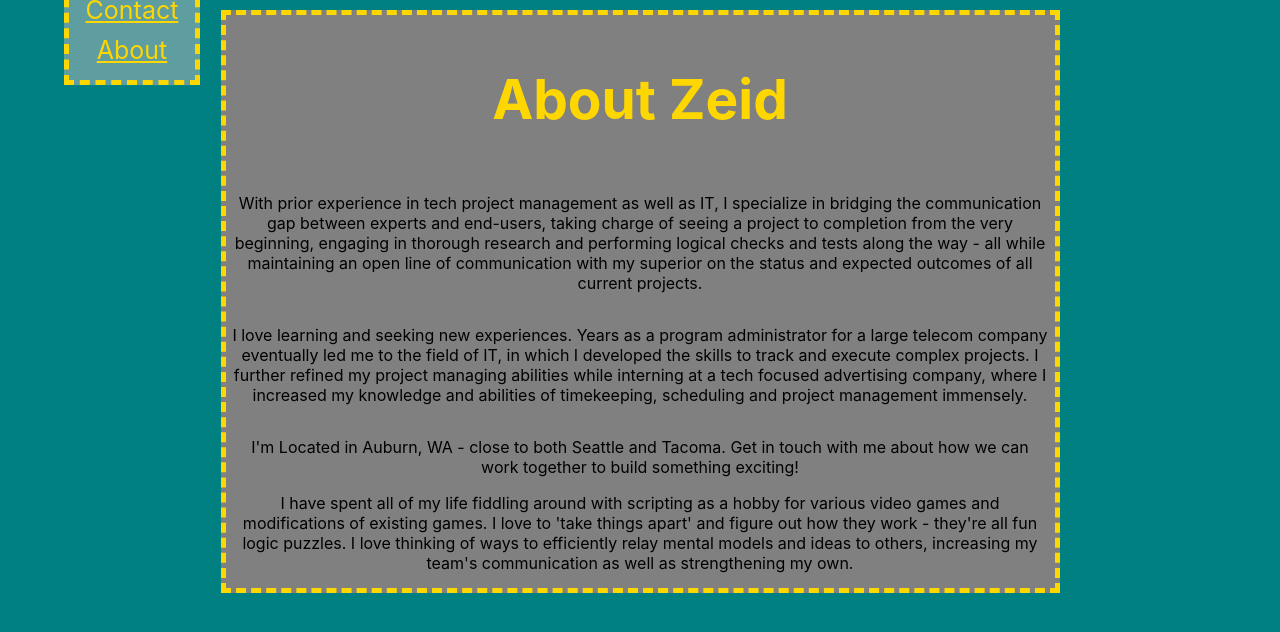
Repository: zeidalidiez/portfolioreact
Page: /
These files come from the project's save history. The page is drawn as it stood at one moment and after the next save; the edit follows.
The browser window is 1280 px wide. The pictures show the whole page.
The project was rebuilt for these pictures with package versions that can differ from the ones it lists, and the page was loaded fresh each time. Also part of the build but not shown: src/components/Thumbnail.js, src/components/Projects.js, src/components/Contact.js.

Above is the page before, as saved 2021-02-08 18:11:36.

### public/index.html
<!DOCTYPE html>
<html lang="en">
  <head>
    <meta charset="utf-8" />
    <link href="data:[embedded picture, 289 characters]" rel="icon" type="image/x-icon" />    <meta name="viewport" content="width=device-width, initial-scale=1" />
    <meta name="theme-color" content="#000000" />
    <meta
      name="description"
      content="Web site created using create-react-app"
    />    <!--
      manifest.json provides metadata used when your web app is installed on a
      user's mobile device or desktop. See https://developers.google.com/web/fundamentals/web-app-manifest/
    -->
    <link rel="manifest" href="%PUBLIC_URL%/manifest.json" />
    <!--
      Notice the use of %PUBLIC_URL% in the tags above.
      It will be replaced with the URL of the `public` folder during the build.
      Only files inside the `public` folder can be referenced from the HTML.

      Unlike "/favicon.ico" or "favicon.ico", "%PUBLIC_URL%/favicon.ico" will
      work correctly both with client-side routing and a non-root public URL.
      Learn how to configure a non-root public URL by running `npm run build`.
    -->
    <title>Zeid Diez - Portfolio</title>
  </head>
  <body>
    <noscript>You need to enable JavaScript to run this app.</noscript>
    <div id="root"></div>
    <!--
      This HTML file is a template.
      If you open it directly in the browser, you will see an empty page.

      You can add webfonts, meta tags, or analytics to this file.
      The build step will place the bundled scripts into the <body> tag.

      To begin the development, run `npm start` or `yarn start`.
      To create a production bundle, use `npm run build` or `yarn build`.
    -->
  </body>
</html>

### src/index.js
import React from 'react';
import ReactDOM from 'react-dom';
import './index.css';
import App from './components/App';
import reportWebVitals from './reportWebVitals';

ReactDOM.render(
  <React.StrictMode>
  <App />
  </React.StrictMode>,
  document.getElementById('root')
);

// If you want to start measuring performance in your app, pass a function
// to log results (for example: reportWebVitals(console.log))
// or send to an analytics endpoint. Learn more: https://bit.ly/CRA-vitals
reportWebVitals();

### src/components/App.js
// App.jsx

import React from 'react';
import logo from './logo.svg';
// Import the BrowserRouter, Route and Link components
import {Route, BrowserRouter as Router, Link} from "react-router-dom";
import Projects from './Projects.js';
import Contact from './Contact.js';
import About from './About.js';
import './App.css';

function App() {
  return (
    <header>
    <Router>
      <div className="App">
        <Route exact path="/Projects" component={Projects} />
        <Route exact path="/Contact" component={Contact} />
        <Route exact path="/About" component={About} />
        <Route exact path="/" component={About} />
  <nav>
        <div className="navigation">
          <div className="navigation-sub">
            <Link to="/Projects" className="item">Projects</Link>
            <Link to="/Contact" className="item">Contact</Link>
            <Link to="/About" className="item">About</Link>

          </div>
        </div>
        </nav>
      </div>
    </Router>
    <menu>

</menu>
    </header>


  );
}

export default App;

### src/components/About.js
import React from "react"

function About(props) {
  return (
    <div className="aboutDiv">
      <h2>About Zeid</h2>

      <p>With prior experience in tech project management as well as IT, I specialize in bridging the communication gap between experts and end-users, taking charge of seeing a project to completion from the very beginning, engaging in thorough research and performing logical checks and tests along the way - all while maintaining an open line of communication with my superior on the status and expected outcomes of all current projects. </p>

      <p>I love learning and seeking new experiences. Years as a program administrator for a large telecom company eventually led me to the field of IT, in which I developed the skills to track and execute complex projects. I further refined my project managing abilities while interning at a tech focused advertising company, where I increased my knowledge and abilities of timekeeping, scheduling and project management immensely.</p>
      <p>I'm Located in Auburn, WA - close to both Seattle and Tacoma. Get in touch with me about how we can work together to build something exciting! </p>



I have spent all of my life fiddling around with scripting as a hobby for various video games and modifications of existing games.

I love to 'take things apart' and figure out how they work - they're all fun logic puzzles. I love thinking of ways to efficiently relay mental models and ideas to others, increasing my team's communication as well as strengthening my own.
    </div>
  )
}

export default About;

### src/components/App.css

body {
  background-color: teal;
  display: grid;
}
div {
display: grid;
padding: 5px;
position: relative;
text-align: center;
padding-bottom: 15px;

}

h2 {
  color: Gold;
  font-size: 55px;
}

div.project {
  text-align: center;
  font-family: Georgia, "Times New Roman", Times, serif;
  font-style: italic;
  padding-bottom: 15px;
  border: 5px dashed gold;
  width: 80%;
  justify-self: center;
}

div.project-title {
  position: relative;
  text-align: center;
  font-family: Georgia, "Times New Roman", Times, serif;
  font-style: italic;
  padding-bottom: 15px;

}

.navigation {
text-align: center;
align-self: center;
top: 0;
position: fixed;
  }

.navigation-sub {
padding: 10px;
text-align: center;
align-self: center;
bottom: auto;
left: 5%;
position: fixed;
border: 5px dashed gold;
background-color: cadetblue;
font-size: 25px;
}

a {
  display: grid;
padding: 5px;
text-align: center;
align-self: center;
}

img {
  display: block;
  margin-left: auto;
  margin-right: auto;
  width: 50%;
}


/* unvisited link */
a:link {
  color: gold;
}

/* visited link */
a:visited {
  color: rgb(255, 208, 0);
}

/* mouse over link */
a:hover {
  color: rgb(255, 174, 0);
}

/* selected link */
a:active {
  color: rgb(255, 0, 0);
}

.aboutDiv {
  background-color: grey;
  width: 65%;
  justify-self: center;
  border: 5px dashed gold;

}

form {
  background-color: grey;
  width: 65%;
  justify-self: center;
  padding-bottom: 60px;
  display: grid;
  border: 5px dashed gold;
}

.emailInput {
  width: 100%;
  padding: 12px 20px;
  margin: 8px 0;
  box-sizing: border-box;
}

.messageInput {
  width: 100%;
  padding: 12px 20px;
  margin: 8px 0;
  box-sizing: border-box;
}

@media screen and (max-width: 800px) {
  .navigation {
    text-align: center;
    align-self: center;
    top: 0;
    position: fixed;
      }

    .navigation-sub {
    padding: 10px;
    text-align: center;
    align-self: center;
    bottom: auto;
    left: 5%;
    position: fixed;
    border: 5px dashed gold;
    background-color: cadetblue;
    font-size: 10px;
    }
}

Loaded but not shown: src/index.css (common file); src/reportWebVitals.js (common file)

After the next save:
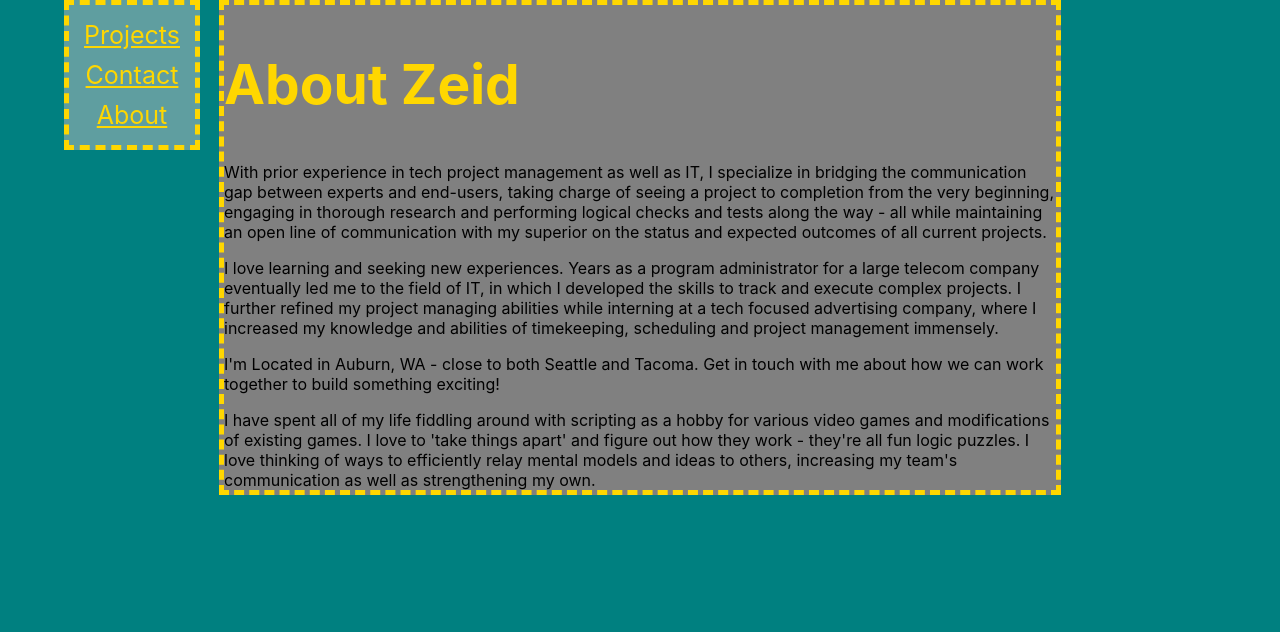
Saved 72 s later.
--- a/src/components/App.css
+++ b/src/components/App.css
@@ -3,14 +3,14 @@
   background-color: teal;
   display: grid;
 }
-div {
+/* div {
 display: grid;
 padding: 5px;
 position: relative;
 text-align: center;
 padding-bottom: 15px;
 
-}
+} */
 
 h2 {
   color: Gold;

After the 5 saves that followed:
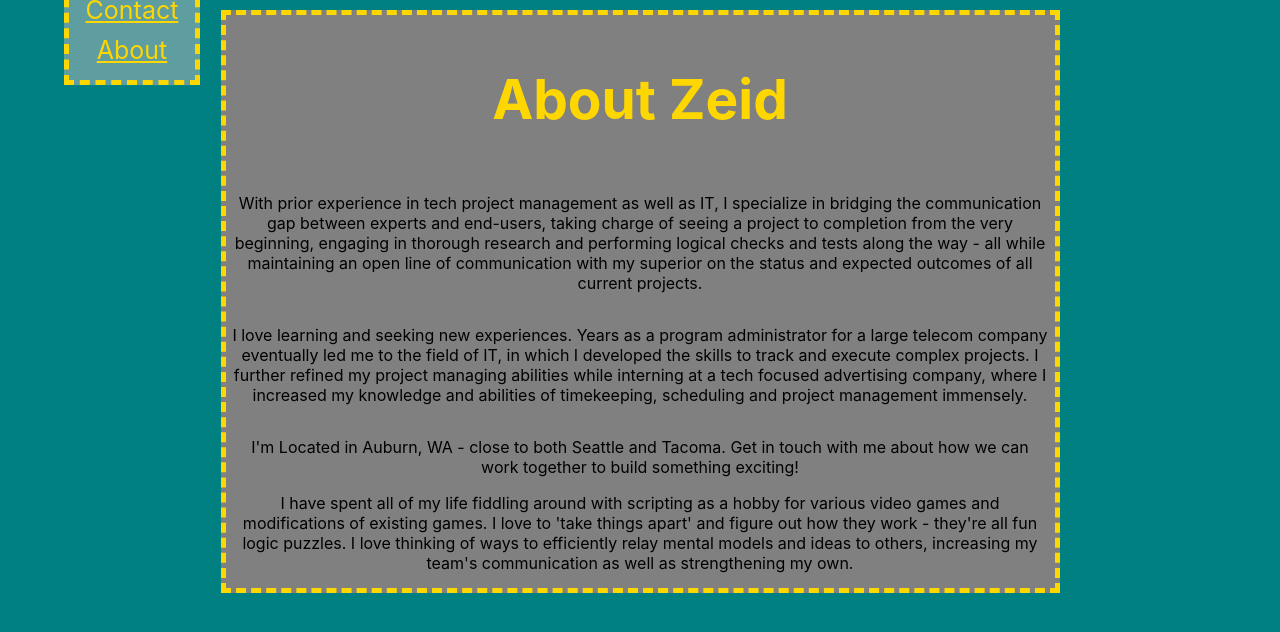
The 5 saves are shown as one change because 4 left the picture as it was.
The last was saved 88 s later.
--- a/src/components/App.css
+++ b/src/components/App.css
@@ -3,21 +3,28 @@
   background-color: teal;
   display: grid;
 }
-/* div {
+div {
 display: grid;
 padding: 5px;
 position: relative;
 text-align: center;
 padding-bottom: 15px;
 
-} */
-
+}
+ .projectDiv {
+  background-color: grey;
+  width: 65%;
+  justify-self: center;
+  align-self: center;
+  align-items: center;
+  border: 5px dashed gold;
+ }
 h2 {
   color: Gold;
   font-size: 55px;
 }
 
-div.project {
+/* div.project {
   text-align: center;
   font-family: Georgia, "Times New Roman", Times, serif;
   font-style: italic;
@@ -25,7 +32,7 @@
   border: 5px dashed gold;
   width: 80%;
   justify-self: center;
-}
+} */
 
 div.project-title {
   position: relative;
